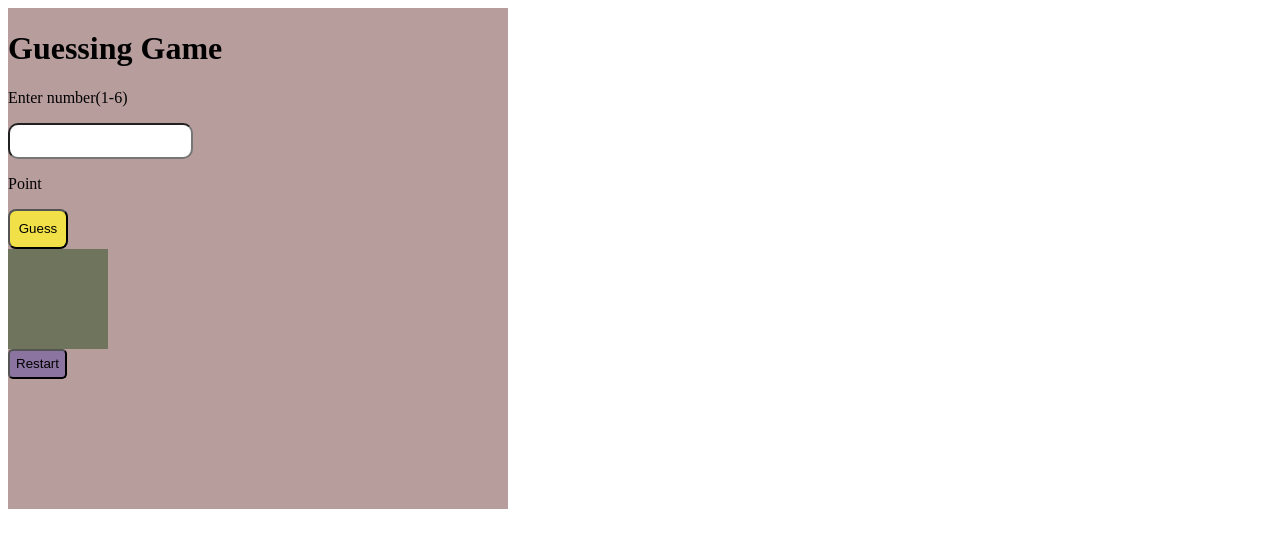
Repository: AniAntonyan/GuessingGame
Page: index.html
The author's editor kept a copy of each file at every save. The page is drawn from the files as they stood at one save, then again after the next save.
The browser window is 1280 px wide. The pictures show the whole page.

Above is the page before, as saved 2022-02-27 17:14:51.

### index.html
<!DOCTYPE html>
<html lang="en">
<head>
    <meta charset="UTF-8">
    <meta http-equiv="X-UA-Compatible" content="IE=edge">
    <meta name="viewport" content="width=device-width, initial-scale=1.0">
    <link rel="stylesheet" href="style.css">
    <title>Document</title>
</head>
<body>
    <div class="container">
        <h1 class="Guessing">Guessing Game</h1>
        <p class="enter">Enter number(1-6)</p>
    <input id="num" type="text">
    <p class="p">Point</p>
    <button id="btn">Guess</button>
    <div class="table" id="show-text"></div>
    <button  id="restart"> Restart</button>
    </div>

    <script src="index.js"></script>
</body>
</html>

### style.css
.container{
    background-color: #b89d9d;
    height: 500px;
    width: 500px;
    padding-top:1px;
}

#num{
height: 30px;
border-radius: 10px;
}

#btn{
    height: 40px;
    width: 60px;
    border-radius: 8px;
    background-color: rgb(241, 224, 72);
}

.table{
    height: 100px;
    width: 100px;
    background-color: rgb(111, 116, 92);
}

#restart{
    height: 30px;
    border-radius: 5px;
    background-color: rgb(139, 116, 160);
}

Loaded but not shown: index.js (no copy from this time; the picture is the same without it)

After the next save:
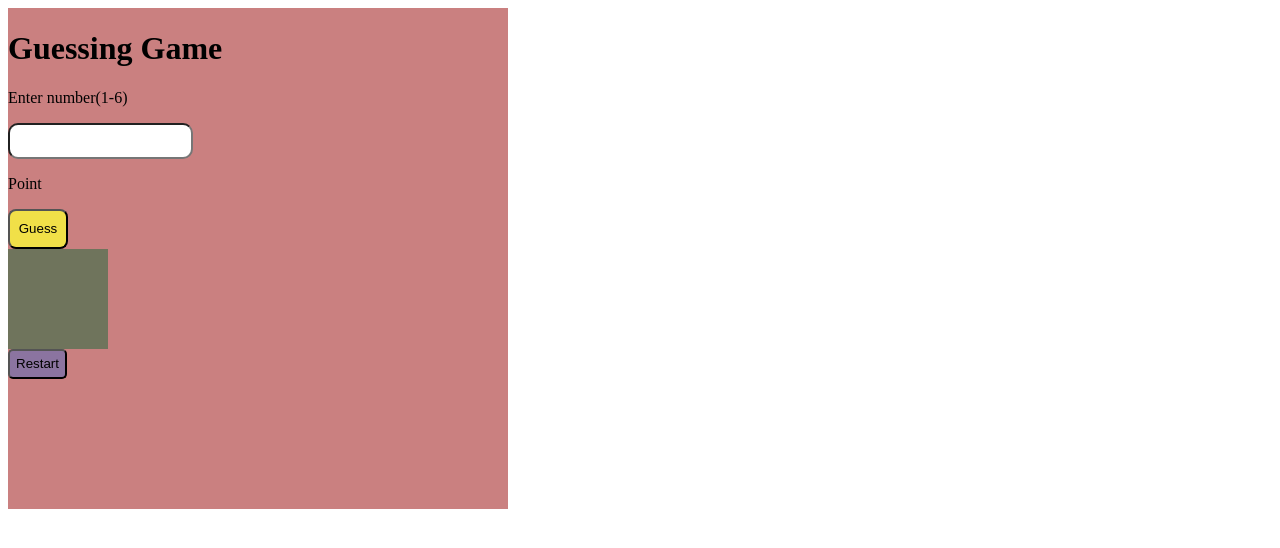
Saved 19 s later.
--- a/style.css
+++ b/style.css
@@ -1,5 +1,5 @@
 .container{
-    background-color: #b89d9d;
+    background-color: #ca8080;
     height: 500px;
     width: 500px;
     padding-top:1px;
